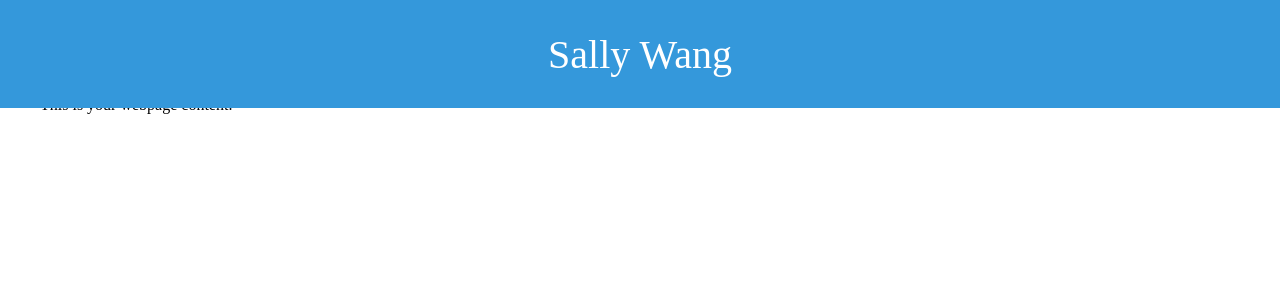
Repository: tianjiewang2022/tianjiewang2022.github.io
Page: index.html
The author's editor kept a copy of each file at every save. The page is drawn from the files as they stood at one save, then again after the next save.
The browser window is 1280 px wide. The pictures show the whole page.

Above is the page before, as saved 2023-10-01 22:02:27.

After the next save:
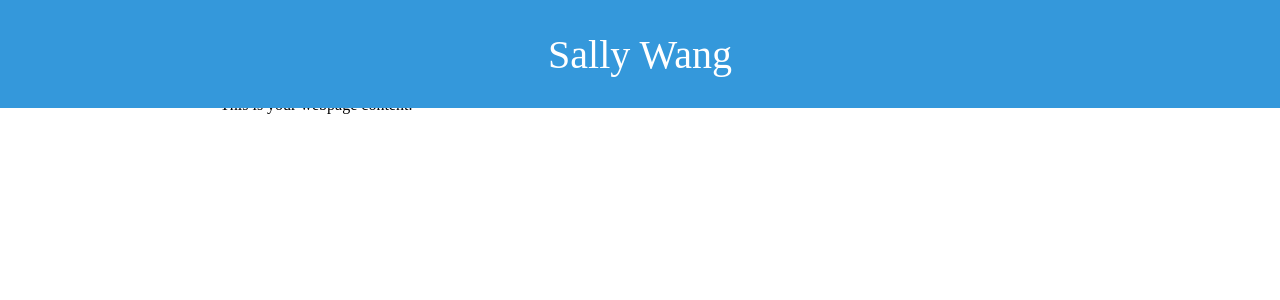
Saved 77 s later.
--- a/index.html
+++ b/index.html
@@ -31,9 +31,9 @@
             .container {
                 margin-top: 60px;
                 /* Ensure content starts below the header */
-                margin-left: 20px;
+                margin-left: 200px;
                 /* Add left margin */
-                margin-right: 20px;
+                margin-right: 200px;
                 /* Add right margin */
                 padding: 20px;
             }
